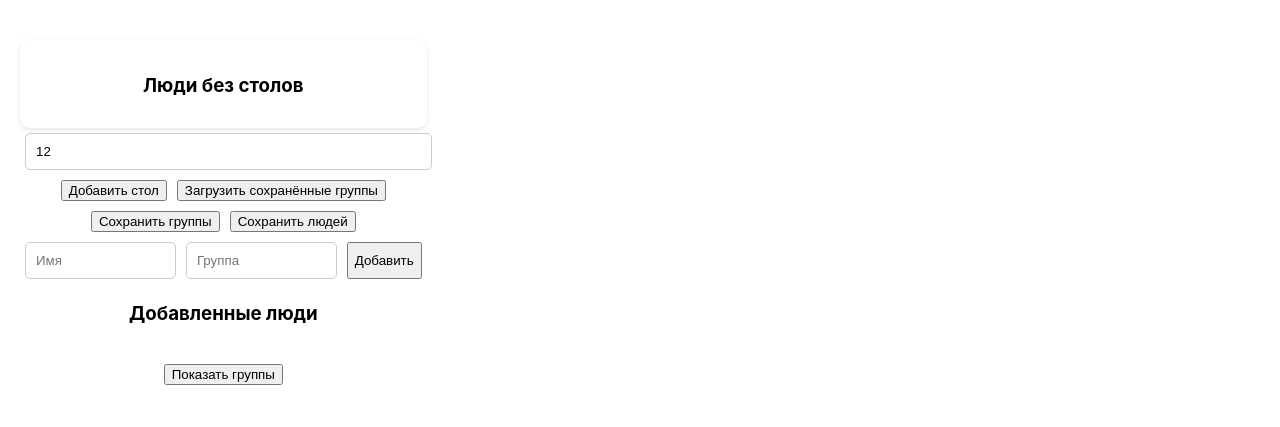
Repository: Vahan-23/Table-V2
Page: /
An editor plug-in stored every save of this project. The page is shown before and after the next save, followed by the edit.
The browser window is 1280 px wide. The pictures show the whole page.
The project was rebuilt for these pictures with package versions that can differ from the ones it lists, and the page was loaded fresh each time.

Above is the page before, as saved 2025-02-26 13:09:55.

### src/App.js
import './App.css';
import SeatingArrangement from './component/SeatingArrangement';

function App() {
  return (
    <div className="App">
      <SeatingArrangement />
    </div>
  );
}

export default App;

### src/component/SeatingArrangement.jsx
import React, { useState, useEffect } from 'react';
import { useDrag, useDrop } from 'react-dnd';
import { DndProvider } from 'react-dnd';
import { HTML5Backend } from 'react-dnd-html5-backend';
import './App.css';


const SeatingArrangement = () => {
    const [tables, setTables] = useState([]);
    const [people, setPeople] = useState([]);
    const [groupInput, setGroupInput] = useState('');
    const [peopleInput, setPeopleInput] = useState('');
    const [showGroups, setShowGroups] = useState(false);
    const [draggingGroup, setDraggingGroup] = useState(null);
    const [zoom, setZoom] = useState(1);
    const [chairCount, setChairCount] = useState(12);


    const UnseatedPeopleList = ({ people, tables }) => {
        // Фильтруем людей, которые не сидят за столами
        const unseatedPeople = people.filter((person) => {
            return !tables.some((table) => table.people.some((tablePerson) => tablePerson && tablePerson.name === person.name));
        });

        return (
            <div className="unseated-people-list">
                <h3>Люди без столов</h3>
                <ul>
                    {unseatedPeople.map((person, index) => (
                        <li key={index}>
                            {person.name} (Группа {person.group})
                        </li>
                    ))}
                </ul>
            </div>
        );
    };

    useEffect(() => {
        window.addEventListener("wheel", handleWheel, { passive: false });
        return () => window.removeEventListener("wheel", handleWheel);
    }, []);

    const handleWheel = (e) => {
        if (e.ctrlKey) {
            e.preventDefault();
            setZoom((prevZoom) => {
                let newZoom = prevZoom + (e.deltaY > 0 ? -0.1 : 0.1);
                return Math.min(Math.max(newZoom, 0.5), 2); // Ограничиваем от 0.5x до 2x
            });
        }
    };

    useEffect(() => {
        const savedTables = JSON.parse(localStorage.getItem('tables'));
        if (savedTables) setTables(savedTables);
        const savedPeople = JSON.parse(localStorage.getItem('people'));
        if (savedPeople) setPeople(savedPeople);
    }, []);

    const handleAddPerson = (tableId, person) => {
        if (peopleInput && groupInput) {
            const newPerson = { name: peopleInput, group: groupInput };
            setPeople([...people, newPerson]);
            setPeopleInput('');
            setGroupInput('');
            setTables((prevTables) =>
                prevTables.map((table) =>
                  table.id === tableId
                    ? { ...table, people: [...table.people, person] } // Добавление нового человека
                    : table
                )
              );
        } else {
            alert('Пожалуйста, заполните все поля.');
        }
    };

    const handleDeletePerson = (personName) => {
        setPeople(people.filter((person) => person.name !== personName));
    };

    const handleAddTable = () => {
        setTables([...tables, { id: Date.now(),  people: [], chairCount }]); // Передаем количество стульев в таблицу
    };


    const handleChairCountChange = (e) => {
        setChairCount(parseInt(e.target.value, 10)); // Изменяем количество стульев
    };

    const handleDeleteTable = (tableId) => {
        setTables((prevTables) => {
            const tableToRemove = prevTables.find((t) => t.id === tableId);

            if (tableToRemove) {
                setPeople((prevPeople) => {
                    const peopleToReturn = tableToRemove.people.filter((p) => p && p.name); // Проверка на пустые или невалидные объекты

                    const newPeople = [...prevPeople];
                    peopleToReturn.forEach((person) => {
                        // Проверка на наличие такого человека в новом списке людей
                        if (person && !newPeople.some((p) => p.name === person.name)) {
                            newPeople.push(person);
                        }
                    });
                    return newPeople;
                });
            }

            // Удаляем стол
            return prevTables.filter((t) => t.id !== tableId);
        });
    };

    const saveTables = () => {
        localStorage.setItem('tables', JSON.stringify(tables));
    };

    const loadSavedTables = () => {
        const savedTables = JSON.parse(localStorage.getItem('tables'));
        if (savedTables) setTables(savedTables);
    };

    const savePeople = () => {
        localStorage.setItem('people', JSON.stringify(people));
    };


    const renderGroups = () => {
        const groupedPeople = people.reduce((acc, person) => {
            if (!acc[person.group]) acc[person.group] = [];
            acc[person.group].push(person);
            return acc;
        }, {});

        return Object.entries(groupedPeople).map(([groupName, group], index) => (
            <Group
                key={index}
                group={group}
                groupName={groupName} // отображаем имя группы, которое задано пользователем
                setDraggingGroup={setDraggingGroup}
            />
        ));
    };

    return (
        <DndProvider backend={HTML5Backend}>
            <div className="container">
                <div className="left-panel">
                <UnseatedPeopleList people={people} tables={tables} />
                    <div className="controls">
                    <input
                            type="number"
                            value={chairCount}
                            onChange={handleChairCountChange}
                            min="1"
                            placeholder="Количество стульев на столе"
                        />
                        <button onClick={handleAddTable}>Добавить стол</button>
                        <button onClick={loadSavedTables}>Загрузить сохранённые группы</button>
                        <button onClick={saveTables}>Сохранить группы</button>
                        <button onClick={savePeople}>Сохранить людей</button>
                    </div>

                    <div className="person-input">
                        <input
                            type="text"
                            value={peopleInput}
                            onChange={(e) => setPeopleInput(e.target.value)}
                            placeholder="Имя"
                        />
                        <input
                            type="text"
                            value={groupInput}
                            onChange={(e) => setGroupInput(e.target.value)}
                            placeholder="Группа"
                        />
                        <button onClick={handleAddPerson}>Добавить</button>
                    </div>

                    <div className="people-list">
                        <h3>Добавленные люди</h3>
                        <ul>
                            {people.map((person, index) => (
                                <li key={index}>
                                    {person.name} (Группа {person.group})
                                    <button
                                        onClick={() => handleDeletePerson(person.name)}
                                        className="delete-btn"
                                    >
                                        Удалить
                                    </button>
                                </li>
                            ))}
                        </ul>
                    </div>

                    <div className="toggle-groups">
                        <button onClick={() => setShowGroups(!showGroups)}>
                            {showGroups ? 'Скрыть группы' : 'Показать группы'}
                        </button>
                        {showGroups && (
                            <div className="group-list">

                                <h3>Группы для перетаскивания: </h3>
                                {renderGroups()}
                                <div className="controls">
                                    <button onClick={() => setZoom((z) => Math.min(z + 0.1, 2))}>+</button>
                                    <button onClick={() => setZoom((z) => Math.max(z - 0.1, 0.5))}>-</button>
                                </div>
                            </div>
                        )}
                    </div>
                </div>

                <div className="right-panel" style={{ transform: `scale(${zoom})`, transformOrigin: "center" }}>
            {tables.map((table) => (
                <Table
                    key={table.id}
                    table={table}
                    setTables={setTables}
                    handleDeleteTable={handleDeleteTable}
                    draggingGroup={draggingGroup}
                    setDraggingGroup={setDraggingGroup}
                    people={people} // Pass the `people` prop here
                    setPeople={setPeople}

                />
            ))}

            {draggingGroup && (
                <NewTable
                    draggingGroup={draggingGroup}
                    setTables={setTables}
                    setDraggingGroup={setDraggingGroup}
                    setPeople={setPeople}
                />
            )}
        </div>
            </div>
        </DndProvider>
    );

};

const Popup = ({ people, onSelectPerson, onClose }) => {
    return (
        <div className="popup-overlay" onClick={onClose}>
            <div className="popup-content" onClick={(e) => e.stopPropagation()}>
                <h3>Выберите человека</h3>
                <ul>
                    {people.map((person, index) => (
                        <li key={index}>
                            <button onClick={() => onSelectPerson(person)}>
                                {person.name}
                            </button>
                        </li>
                    ))}
                </ul>
                <button onClick={onClose}>Закрыть</button>
            </div>
        </div>
    );
};

// Компонент Table
const Table = ({ table, setTables, handleDeleteTable, draggingGroup, setDraggingGroup, people ,setPeople }) => {
    const [selectedChairIndex, setSelectedChairIndex] = useState(null);
    const [isPopupVisible, setIsPopupVisible] = useState(false);

    const [, drop] = useDrop({
        accept: 'GROUP',
        drop: (item) => {
            if (table.people.length + item.group.length <= table.chairCount) { // Используем chairCount стола
                setTables((prevTables) =>
                    prevTables.map((t) =>
                        t.id === table.id
                            ? { ...t, people: [...t.people, ...item.group] }
                            : t
                    )
                );
                setDraggingGroup(null);
                setPeople((prevPeople) =>
                    prevPeople.filter((person) =>
                        !item.group.some((groupPerson) => groupPerson.name === person.name)
                    )
                ); }
                else {
                alert(`На столе не может быть больше ${table.chairCount} человек!`);
            }
        },
    });

    const handleChairClick = (index) => {
        setSelectedChairIndex(index);
        setIsPopupVisible(true); // Показываем попап
    };

    const handleSelectPerson = (person) => {
        if (selectedChairIndex !== null) {
            // Копируем текущие данные стола и людей
            const updatedPeople = [...table.people];
            updatedPeople[selectedChairIndex] = person;

            // Обновляем столы с изменением людей
            setTables((prevTables) =>
                prevTables.map((t) =>
                    t.id === table.id ? { ...t, people: updatedPeople } : t
                )
            );

            // Обновляем список людей, удаляя выбранного человека
            setPeople((prevPeople) =>
                prevPeople.filter((p) => p.name !== person.name)
            );

            // Закрываем попап и сбрасываем выбранный стул
            setIsPopupVisible(false);
            setSelectedChairIndex(null);
        }
    };


    const filteredPeople = people.filter((person) => {
        return !table.people.some((tablePerson) => tablePerson && tablePerson.name === person.name);
    });

    const chairs = [];
    const angleStep = 360 / table.chairCount; // Используем chairCount стола
    const radius = 140;

    const peopleOnTable = table.people || [];

    for (let i = 0; i < table.chairCount; i++) { // Здесь также используем chairCount
        const angle = angleStep * i;
        const xPosition = radius * Math.cos((angle * Math.PI) / 180);
        const yPosition = radius * Math.sin((angle * Math.PI) / 180);

        const chairStyle = {
            position: 'absolute',
            top: '50%',
            left: '50%',
            transformOrigin: 'center',
            width: '60px',
            height: '60px',
            backgroundImage: peopleOnTable[i] ? "url('/red1.png')" : "url('/green2.png')",
            backgroundSize: 'cover',
            backgroundPosition: 'center',
            backgroundRepeat: 'no-repeat',
            color: 'white',
            display: 'flex',
            justifyContent: 'center',
            alignItems: 'center',
            borderRadius: '50%',
            fontSize: '12px',
            textAlign: 'center',
            left: `calc(50% + ${xPosition}px)`,
            top: `calc(50% + ${yPosition}px)`,

        };


        if (angle >= 0 && angle < 90) {
            chairStyle.transform = `rotate(${angle + 90}deg)`;
        } else if (angle >= 90 && angle < 180) {
            chairStyle.transform = `rotate(${angle + 90}deg)`;
        } else if (angle >= 180 && angle < 270) {
            chairStyle.transform = `rotate(${angle + 90}deg)`;
        } else {
            chairStyle.transform = `rotate(${angle + 90}deg)`;
        }

        chairs.push(
            <div
                key={i}
                className="chair"
                style={chairStyle}
                onClick={() => handleChairClick(i)}
            >
                {peopleOnTable[i] ? peopleOnTable[i].name : ''}
            </div>
        );
    }


    return (
        <div ref={drop} className="tableContainer">
            <h3>Стол {table.id} (Стульев: {table.chairCount})</h3> {/* Отображаем количество стульев */}
            <div className="table">
                <div className="table-top">
                    {chairs}
                </div>
            </div>
            <button onClick={() => handleDeleteTable(table.id)}>Удалить стол</button>

            {isPopupVisible && (
                <div className="popup-overlay">
                    <div className="popup">
                        <h3>Выберите человека</h3>
                        <ul>
                            {filteredPeople.map((person) => (
                                <li key={person.name} onClick={() => handleSelectPerson(person)}>
                                    {person.name}
                                </li>
                            ))}
                        </ul>
                        <button onClick={() => setIsPopupVisible(false)}>Закрыть</button>
                    </div>
                </div>
            )}
        </div>
    );
};


const Group = ({ group, groupName, setDraggingGroup }) => {
    const [{ isDragging }, drag] = useDrag({
        type: 'GROUP',
        item: { group },
        collect: (monitor) => ({
            isDragging: monitor.isDragging(),
        }),
    });

    useEffect(() => {
        if (isDragging) {
            setDraggingGroup(group);
        }
    }, [isDragging, group, setDraggingGroup]);

    return (
        <div ref={drag} className="group" style={{ opacity: isDragging ? 0.5 : 1 }}>
            <h4>{groupName}</h4>
        </div>
    );
};




const NewTable = ({ draggingGroup, setTables, setDraggingGroup , setPeople }) => {
    const [{ isOver }, drop] = useDrop({
        accept: 'GROUP',
        drop: (item) => {
            // Ensure the group isn't too large
            if (item.group.length <= 12) {
                const newTable = {
                    id: Date.now(), // Unique ID for the table
                    people: item.group, // Assign the dropped group to the table
                    chairCount: item.group.length, // Number of chairs is equal to the group size
                };

                // Add the new table to the state
                setTables((prevTables) => [...prevTables, newTable]);
                setPeople((prevPeople) =>
                    prevPeople.filter((person) => !item.group.some((groupPerson) => groupPerson.name === person.name))
                );

            } else {
                alert('Новый стол не может содержать больше 12 человек!');
            }

            // Reset the dragging group after the drop
            setDraggingGroup(null);
        },
        collect: (monitor) => ({
            isOver: monitor.isOver(), // Determine if the area is being hovered
        }),
    });

    return (
        <div
            ref={drop}
            className={`new-table ${isOver ? 'hovered' : ''}`} // Add a visual effect when hovered
            style={{
                border: '2px dashed gray',
                padding: '20px',
                textAlign: 'center',
                backgroundColor: isOver ? '#e0e0e0' : '#f5f5f5',
            }}
        >
            Перетащите группу сюда, чтобы создать новый стол
        </div>
    );
};


export default SeatingArrangement;

### src/component/App.css
.container {
  display: flex;
  padding: 20px;
}

.left-panel {
  flex: 1;
  margin-right: 20px;
}

.right-panel {
  flex: 2;
  display: flex;
  flex-wrap: wrap;
  justify-content: flex-start;
}

.controls button, .person-input button {
  margin: 5px;
}

.person-input {
  display: flex;
  justify-content: space-between;
  margin-bottom: 10px;
}

input {
  display: flex;
  justify-content: space-between;
  padding: 10px;
  margin: 5px;
  border: 1px solid #ccc;
  border-radius: 5px;
  width: calc(100% - 22px); /* Учитываем padding и border */
}
.people-list ul {
  list-style-type: none;
  padding: 0;
}

.people-list li {
  margin-bottom: 10px;
}

.delete-btn {
  margin-left: 10px;
}

.toggle-groups button {
  margin-top: 20px;
}

.tableContainer{
  position: relative;
  display: flex;
  width: 450px;
  height: 450px;
  /* background-color: aqua; */
  justify-content: space-between;
  align-items: center;
  text-align: center;
  flex-direction: column;
  /* border-radius: 50%; */
  overflow: hidden;
}

.table {
  /* position: relative; */
  margin: 20px;
  width: 200px;
  height: 200px;
  border: 50px solid #e7d8c7;
  border-radius: 50%;
  display: flex;
  justify-content: center;
  align-items: center;
  background-image: url('../../public/table.jpg');
  background-size: cover;
}

.table-top {
  position: relative;
  top: -15%;
  left: -15%;
  /* /* width: 250px; */
  /* height: 250px; */
}

.chair {
  position: absolute;
  width: 60px;
  height: 60px;
  background-size: cover;
  background-position: center;
  background-repeat: no-repeat;
  color: white;
  display: flex;
  justify-content: center;
  align-items: center;
  border-radius: 50%;
  font-size: 12px;
  text-align: center;
  cursor: pointer;
  transition: transform 0.2s ease, opacity 0.2s ease;
}

.chair:hover {
  transform: scale(1.1);
  opacity: 0.7;
}
.new-table {
  width: 100px;
  height: 100px;
  background-color: lightgray;
  margin: 10px;
  display: flex;
  justify-content: center;
  align-items: center;
  font-size: 14px;
  border: 2px dashed #3498db;
  position: relative;
}

.group {
  padding: 10px;
  border: 1px solid black;
  margin-bottom: 10px;
  cursor: move;
}

.group h4 {
  margin: 0;
}

/* Стиль для затемнённого фона */
.popup-overlay {
  position: fixed;
  top: 0;
  left: 0;
  width: 100%;
  height: 100%;
  background: rgba(0, 0, 0, 0.7);
  display: flex;
  justify-content: center;
  align-items: center;
  z-index: 1000; /* Делает попап на переднем плане */
}

/* Стиль для самого попапа */
.popup {
  background-color: white;
  padding: 20px;
  border-radius: 8px;
  box-shadow: 0 4px 6px rgba(0, 0, 0, 0.1);
  width: 300px;
  max-height: 80%;
  overflow-y: auto;
}

/* Список людей */
.popup ul {
  list-style-type: none;
  padding: 0;
}

.popup li {
  padding: 10px;
  cursor: pointer;
  border-bottom: 1px solid #ddd;
}

.popup li:hover {
  background-color: #f0f0f0;
}

.popup button {
  margin-top: 10px;
  background-color: #ff6b6b;
  color: white;
  border: none;
  padding: 10px 15px;
  border-radius: 5px;
  cursor: pointer;
  font-size: 14px;
}

.popup button:hover {
  background-color: #ff4a4a;
}

.unseated-people-list {
  background-color: white;
  padding: 15px;
  border-radius: 10px;
  box-shadow: 0 2px 5px rgba(0, 0, 0, 0.1);
  margin-top: 20px;
}

.unseated-people-list h3 {
  margin-bottom: 10px;
}

.unseated-people-list ul {
  list-style-type: none;
  padding: 0;
}

.unseated-people-list li {
  padding: 5px;
  border-bottom: 1px solid #ddd;
}

.unseated-people-list li:last-child {
  border-bottom: none;
}

Loaded but not shown: public/index.html (common file); src/index.js (common file); src/index.css (common file); src/reportWebVitals.js (common file); src/App.css (common file)

After the next save:
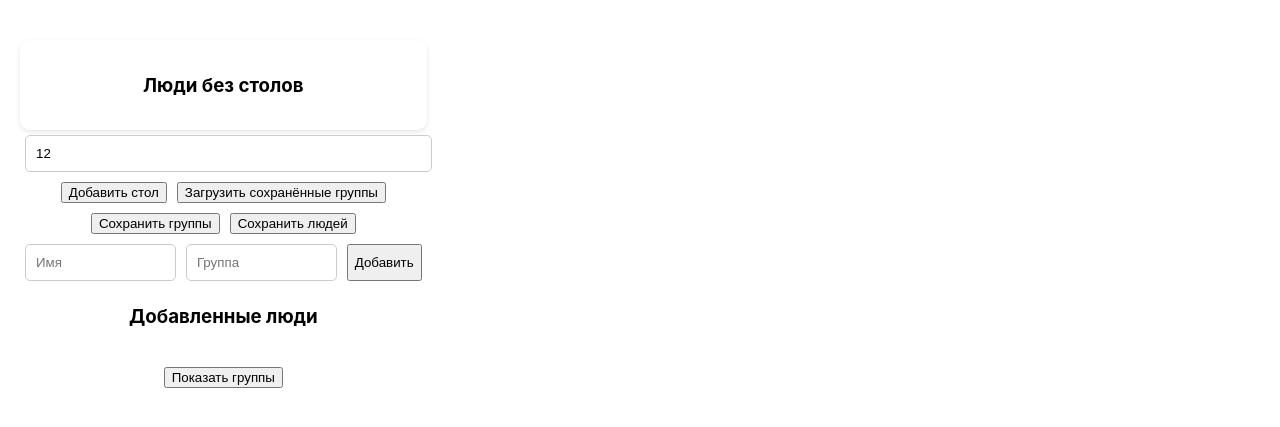
Saved 27 s later.
--- a/src/component/App.css
+++ b/src/component/App.css
@@ -196,21 +196,11 @@ input {
   box-shadow: 0 2px 5px rgba(0, 0, 0, 0.1);
   margin-top: 20px;
 }
-
-.unseated-people-list h3 {
-  margin-bottom: 10px;
-}
-
 .unseated-people-list ul {
   list-style-type: none;
   padding: 0;
 }
-
 .unseated-people-list li {
-  padding: 5px;
-  border-bottom: 1px solid #ddd;
-}
-
-.unseated-people-list li:last-child {
-  border-bottom: none;
-}
+  padding: 10px;
+  border-bottom: 1px solid #eee;
+}
